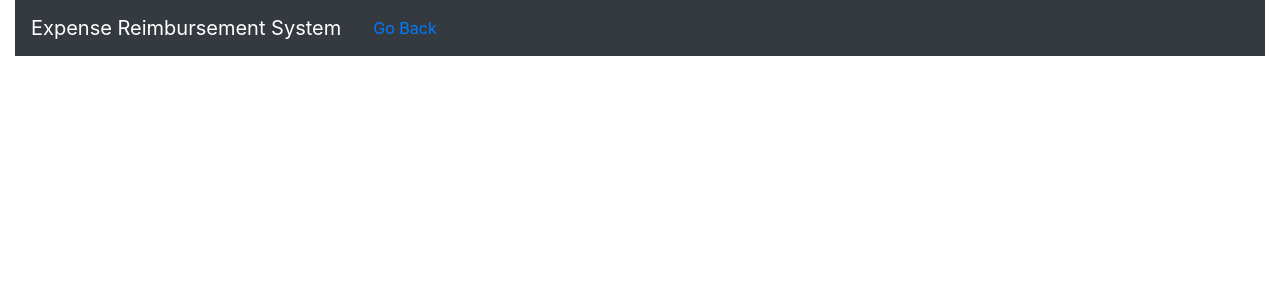
Repository: Trevormulrenin/ers-app
Page: ers-app/src/main/webapp/html/view_all_employees.html
The author's editor kept a copy of each file at every save. The page is drawn from the files as they stood at one save, then again after the next save.
The browser window is 1280 px wide. The pictures show the whole page.

Above is the page before, as saved 2021-03-29 16:51:14.

After the next save:
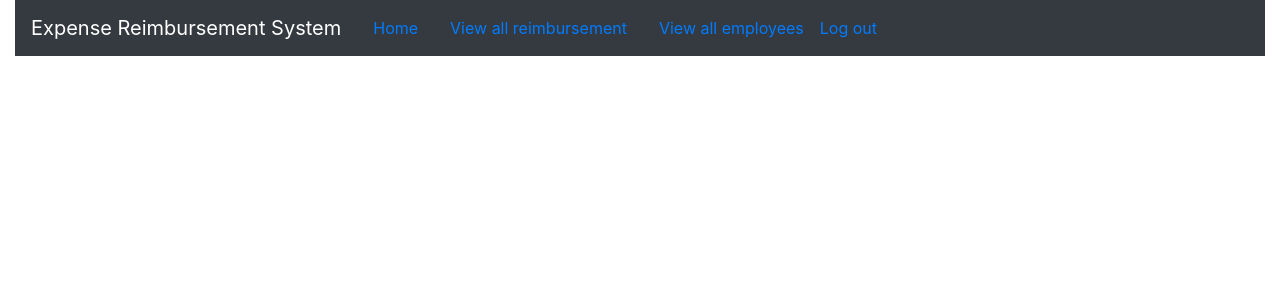
Saved 29 s later.
--- a/ers-app/src/main/webapp/html/view_all_employees.html
+++ b/ers-app/src/main/webapp/html/view_all_employees.html
@@ -7,12 +7,18 @@
  </head>
 
  <body>
- 	<div class="container-fluid">
+ 		<div class="container-fluid">
 		<nav class="navbar navbar-expand-lg navbar-dark bg-dark">
 			<a class="navbar-brand" href="manager_home.html">Expense Reimbursement System</a>
-					<a class="nav-item nav-link active" id="nav-item-right" href="employee_home.html">Go Back</a>
+				<a class="nav-item nav-link" href="manager_home.html">Home</a>
+				<a class="nav-item nav-link" href="reimbursement_home.html">View all reimbursement</a>
+				<a class="nav-item nav-link" href="view_all_employees.html">View all employees</a>
+
+			<div class="nav-list-right" id="navbarMenuRight">
+				<a href="logout.html">Log out</a>
+			</div>
+
 		</nav>
 	</div>
-
  </body>
  </html>
